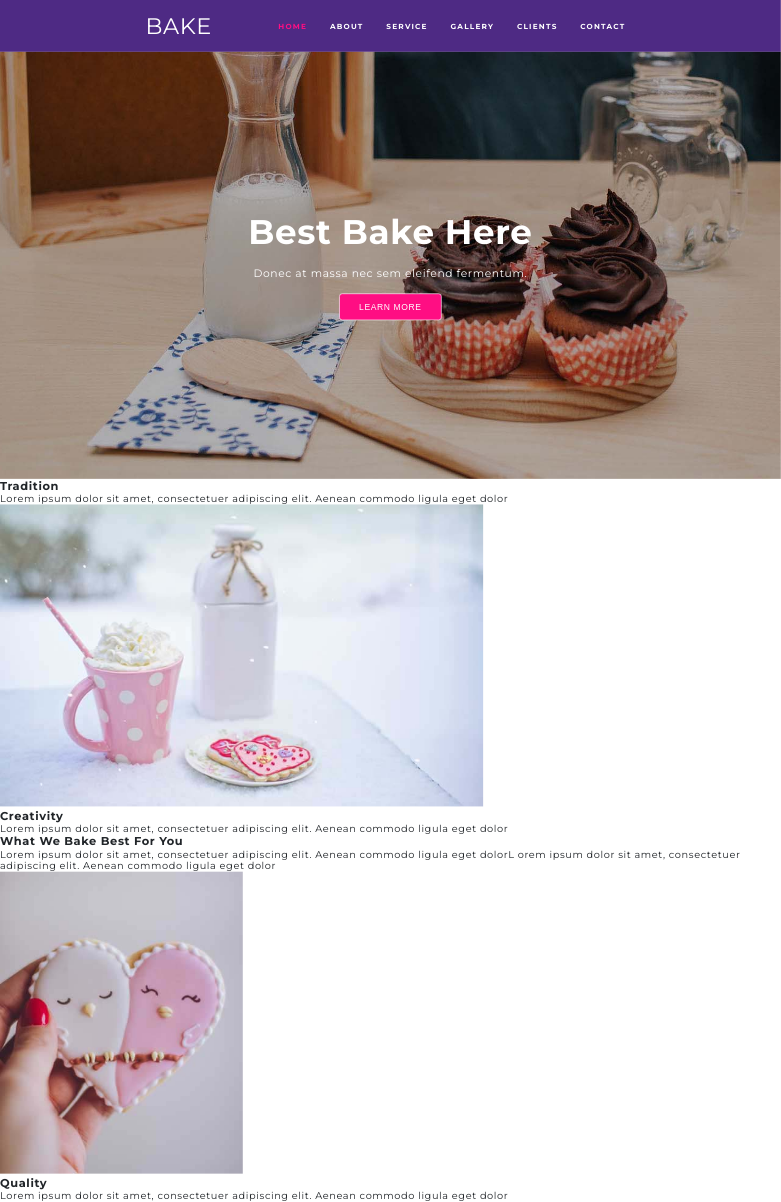
Repository: ducdatit2002/bake-cake
Page: index.html
These files come from the project's save history. The page is drawn as it stood at one moment and after a run of saves; the edit follows.
The browser window is 1280 px wide. The pictures show the whole page, at 61% of full size.

Above is the page before, as saved 2023-07-13 12:00:54.

After the next 3 saves:
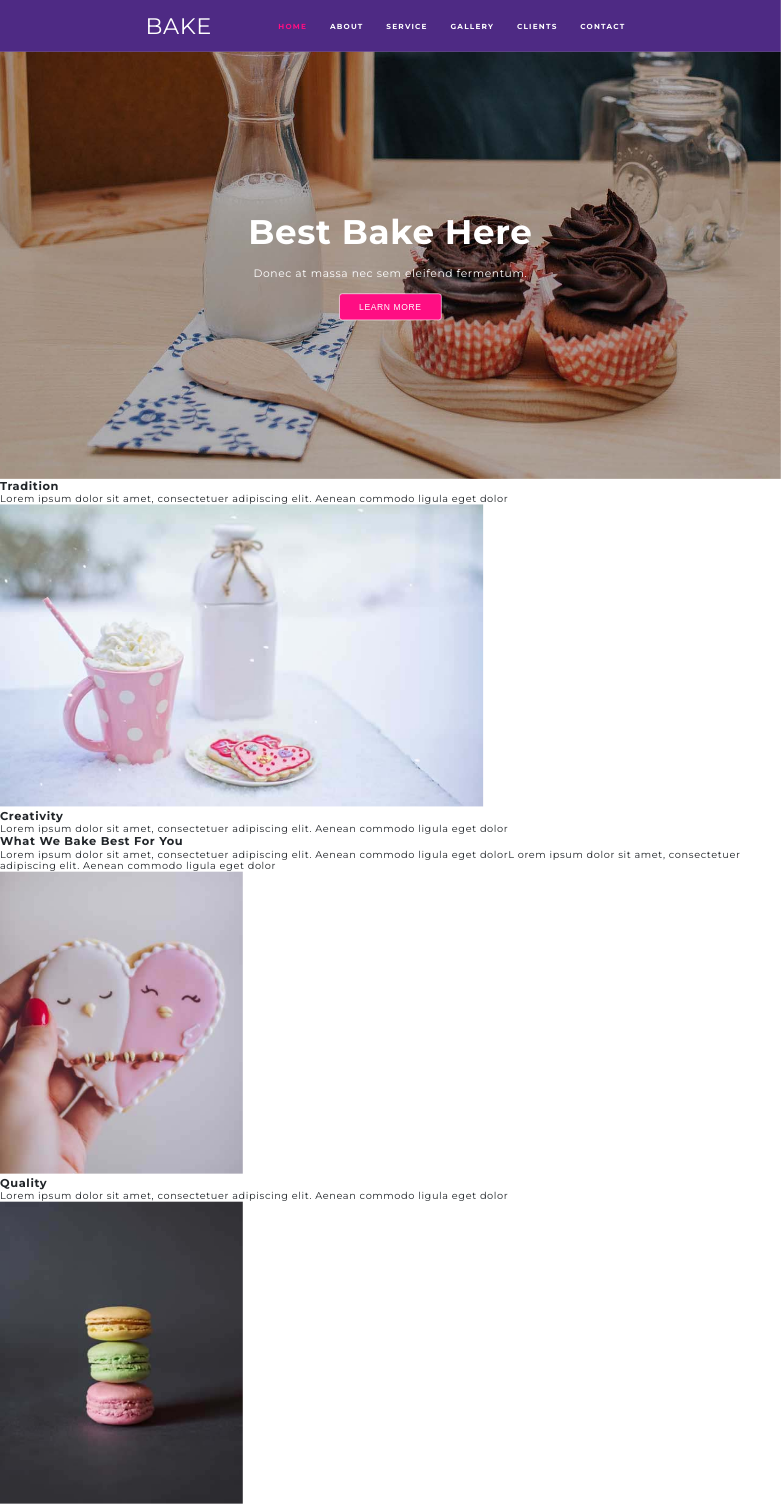
The 3 saves are shown as one change because they came seconds apart.
The last was saved 11 s later.
--- a/index.html
+++ b/index.html
@@ -74,7 +74,9 @@
                 <p>Lorem ipsum dolor sit amet, consectetuer adipiscing elit. Aenean commodo ligula eget dolor</p>
             </div>
         </div>
-
+        <div class="intro__item">
+            <img src="./img/ab3.jpg" alt="intro 3">
+        </div>
     </section>
     <!-- NUMBER -->
     <section class="number"></section>
